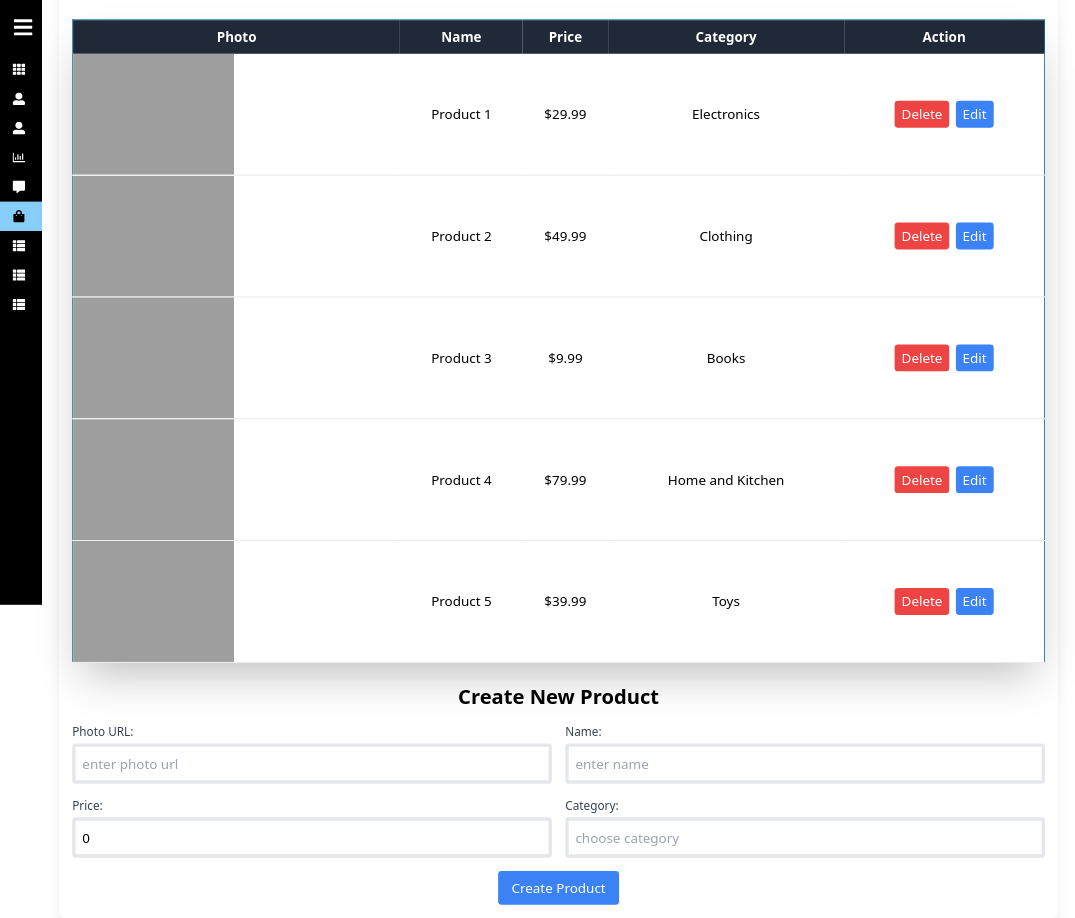
Repository: AndargWorku12/admin-dashboard
Page: /product
An editor plug-in stored every save of this project. The page is shown before and after the next save, followed by the edit.
The browser window is 1280 px wide. The pictures show the whole page, at 84% of full size.
Pictures or frames that could not be fetched are drawn as grey boxes. The project was rebuilt for these pictures with package versions that can differ from the ones it lists, and the page was loaded fresh each time. Also part of the build but not shown: src/pages/Dashboard.tsx, src/pages/Orders.tsx, src/pages/Category.tsx, src/pages/Login.tsx, src/pages/Analytics.tsx, src/pages/CustemerReview.tsx, src/pages/ShopCard.tsx, src/pages/SignUpForm.tsx.

Above is the page before, as saved 2024-01-25 23:59:11.

After the next save:
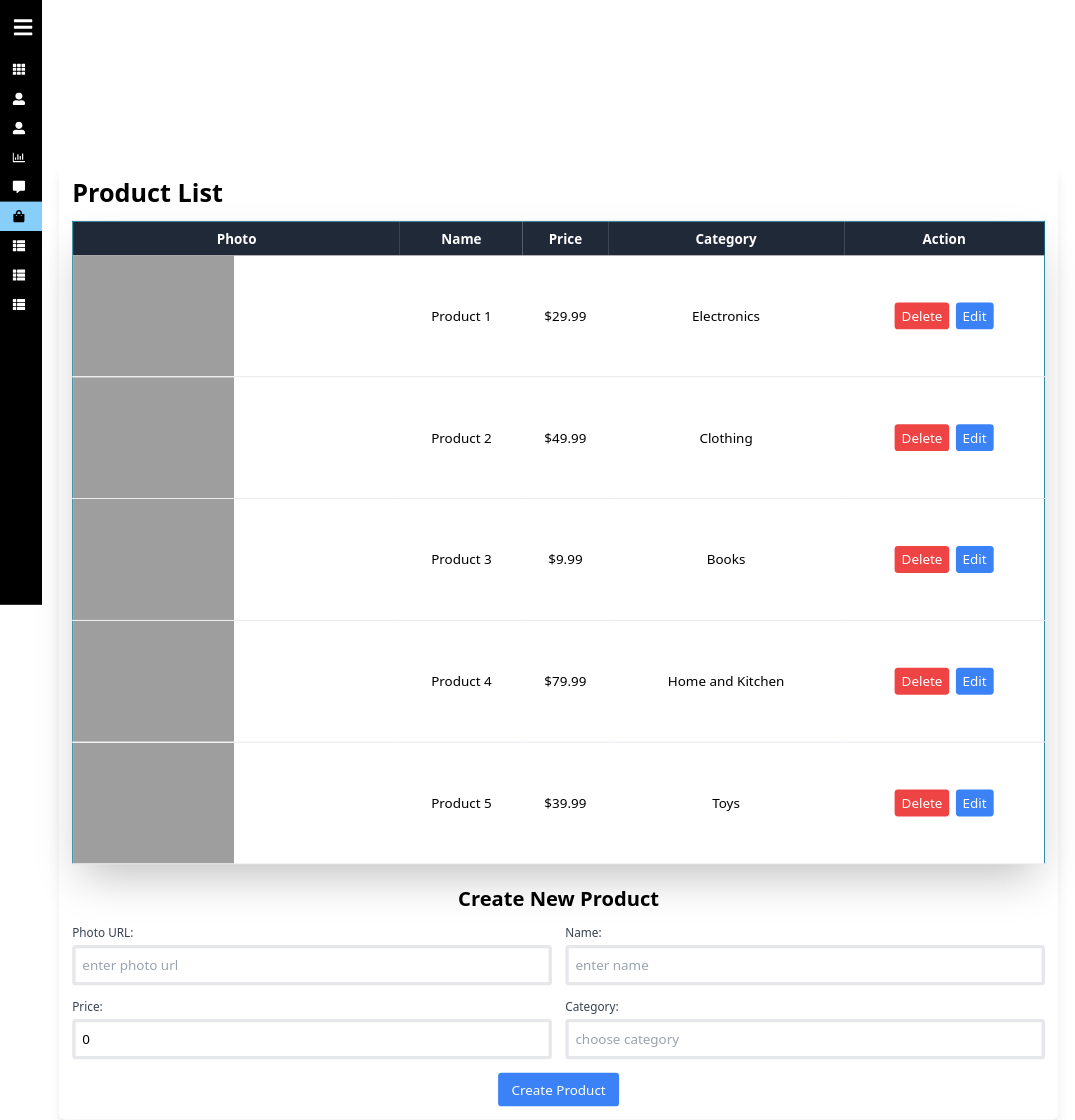
Saved 29 s later.
--- a/src/pages/ProductList.tsx
+++ b/src/pages/ProductList.tsx
@@ -50,7 +50,7 @@ const ProductList: React.FC<ProductListProps> = ({ products, onCreate, onDelete,
   };
 
   return (
-    <div className='flex items-center h-screen mt-36'>
+    <div className='flex items-center h-screen mt-96'>
     <div className="container mx-auto my-8 p-4 bg-white shadow-lg rounded-lg block gap-64 text-center">
       <h2 className="text-3xl font-bold mb-4 text-left">Product List</h2>
       <table className="w-full border border-cyan-700 w-max-80 shadow-2xl">
